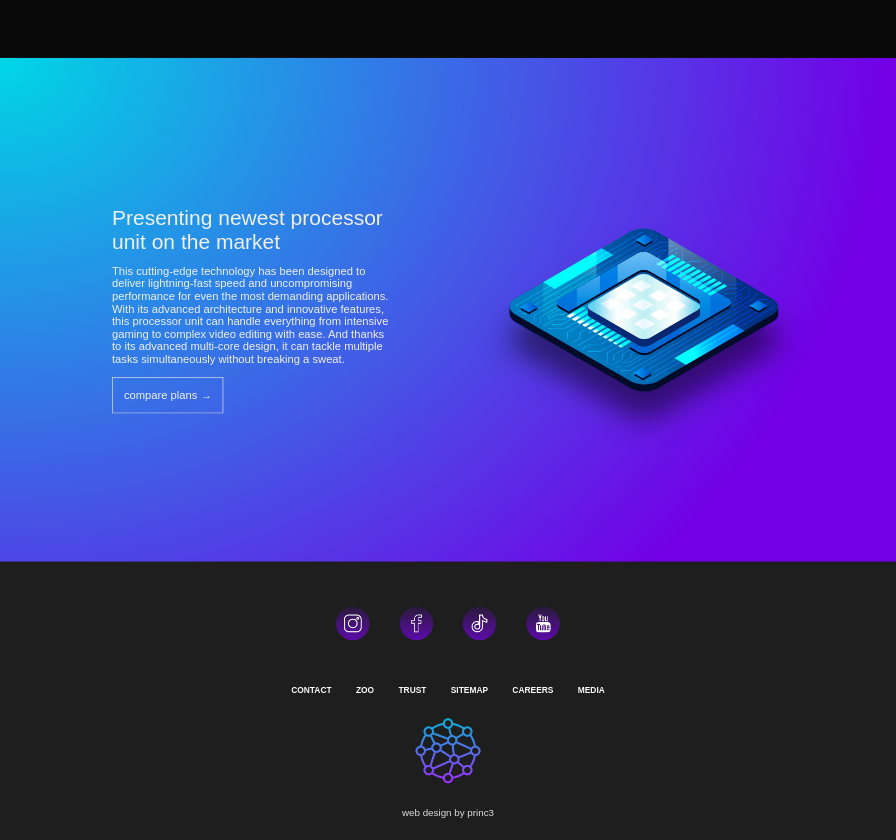
Repository: princ3-web/five
Page: /
These files come from the project's save history. The page is drawn as it stood at one moment and after a run of saves; the edit follows.
The browser window is 1280 px wide. The pictures show the part of the page from y = 1552 to 3472 px (the page is 2752 px tall before and 3472 px after), at 70% of full size.
The project was rebuilt for these pictures with package versions that can differ from the ones it lists, and the page was loaded fresh each time. Also part of the build but not shown: src/css/subpage.module.css, src/css/newspage.module.css, src/pages/News.jsx.

Above is the page before, as saved 2023-05-11 16:28:07.

After the next 3 saves:
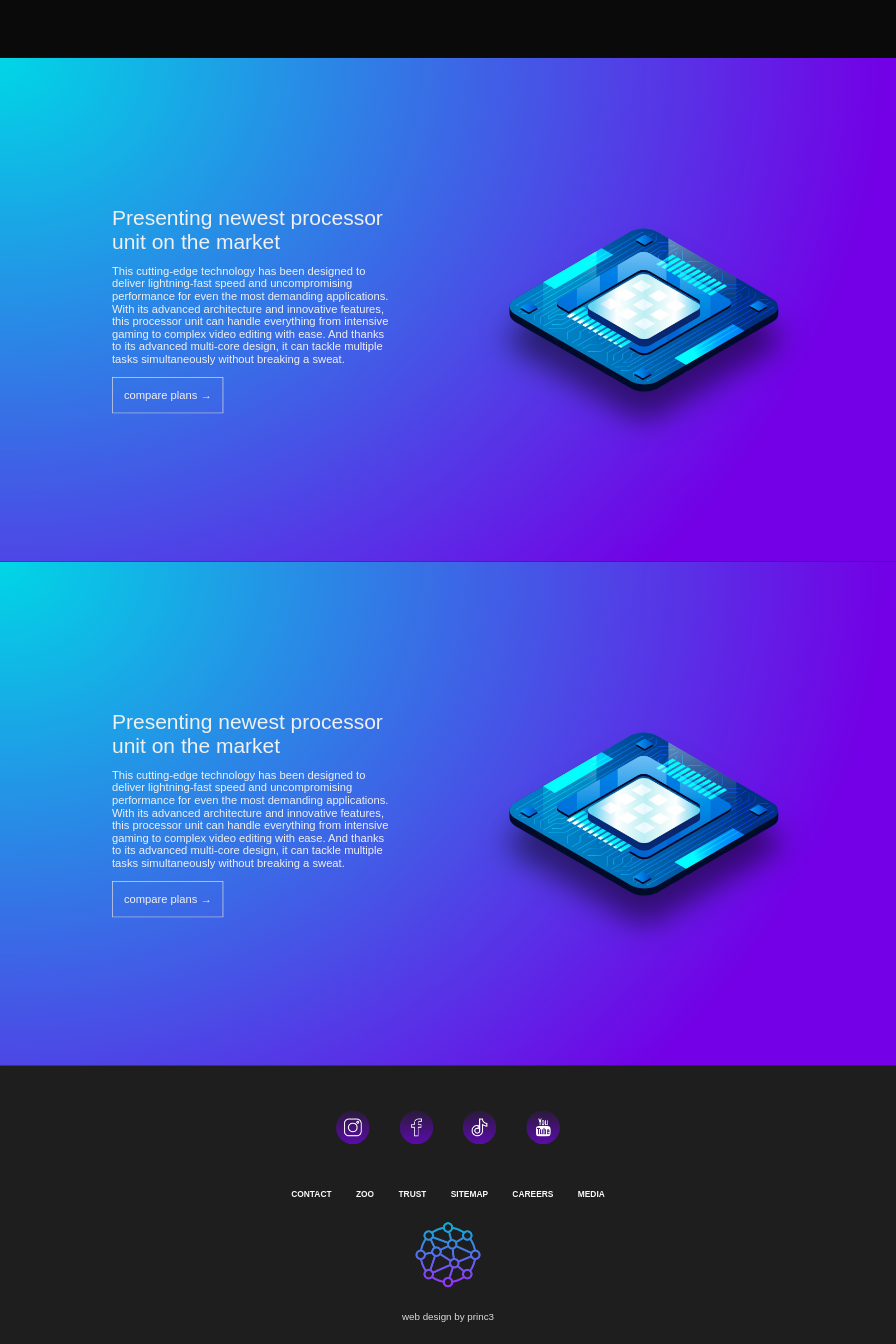
The 3 saves are shown as one change because they came seconds apart.
The last was saved 15 s later.
--- a/src/pages/Main.jsx
+++ b/src/pages/Main.jsx
@@ -17,6 +17,9 @@ const Main = () => {
       <div className={app.section}>
         <Objectscroller />
       </div>
+      <div className={app.section}>
+        <Objectscroller />
+      </div>
     </>
   );
 };
